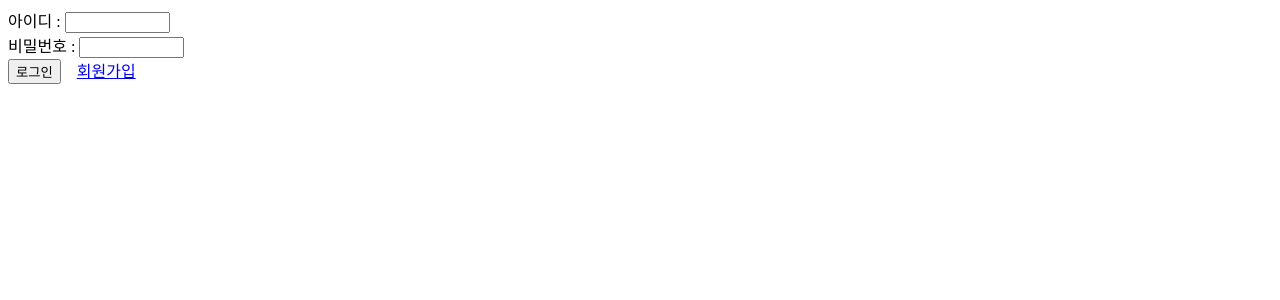
Repository: SeungMok/login_practice
Page: http://localhost/Login_practice/login.jsp
These files come from the project's save history. The page is drawn as it stood at one moment and after the next save; the edit follows.
The browser window is 1280 px wide. The pictures show the whole page.
The page is served by Tomcat 9.

Above is the page before, as saved 2020-03-19 17:17:13.

After the next save:
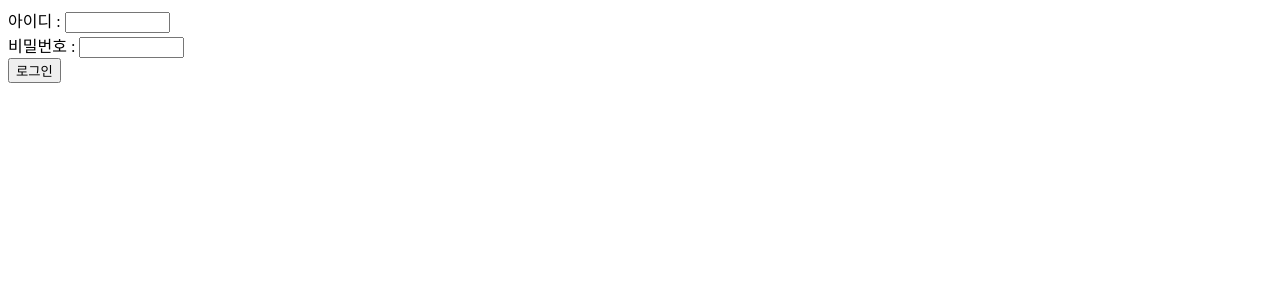
Saved 7 s later.
--- a/Login_practice/WebContent/login.jsp
+++ b/Login_practice/WebContent/login.jsp
@@ -11,8 +11,7 @@
 		아이디 : <input type="text" name="id" value="<%if(session.getAttribute("id")!=null) out.println(session.getAttribute("id")); %>" size=10></br>
 		비밀번호 : <input type="password" name="pw" size=10></br>
 		<input type="submit" value="로그인"> &nbsp;&nbsp;
-		<iuput type="button" value="회원가입" >
-		<a href="join.html"> 회원가입</a>
+		<iuput type="button" value="회원가입">
 	</form>
 </body>
 </html>
